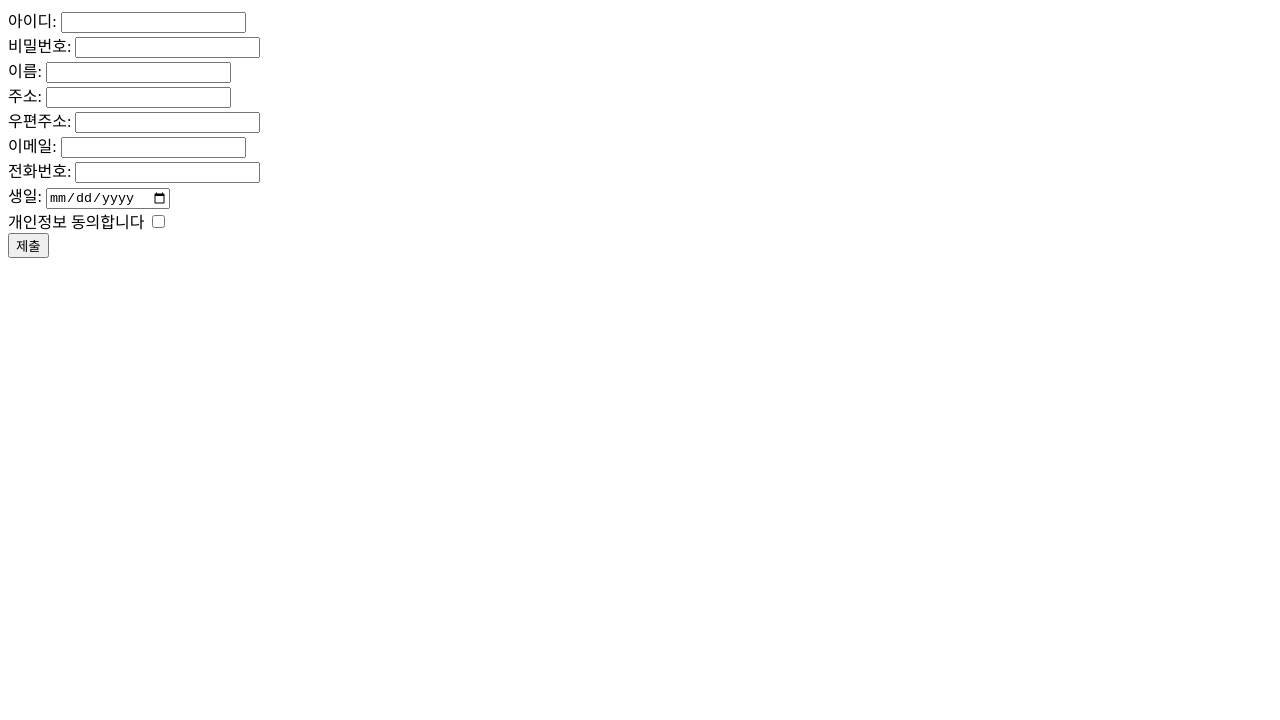
Repository: 2JISUN/hta-lecture-basic
Page: http://localhost/jsp01/join-form.jsp
These files come from the project's save history. The page is drawn as it stood at one moment and after the next save; the edit follows.
The browser window is 1280 px wide. The pictures show the whole page.
The page is served by Tomcat 10.

Above is the page before, as saved 2023-09-13 07:26:18.

After the next save:
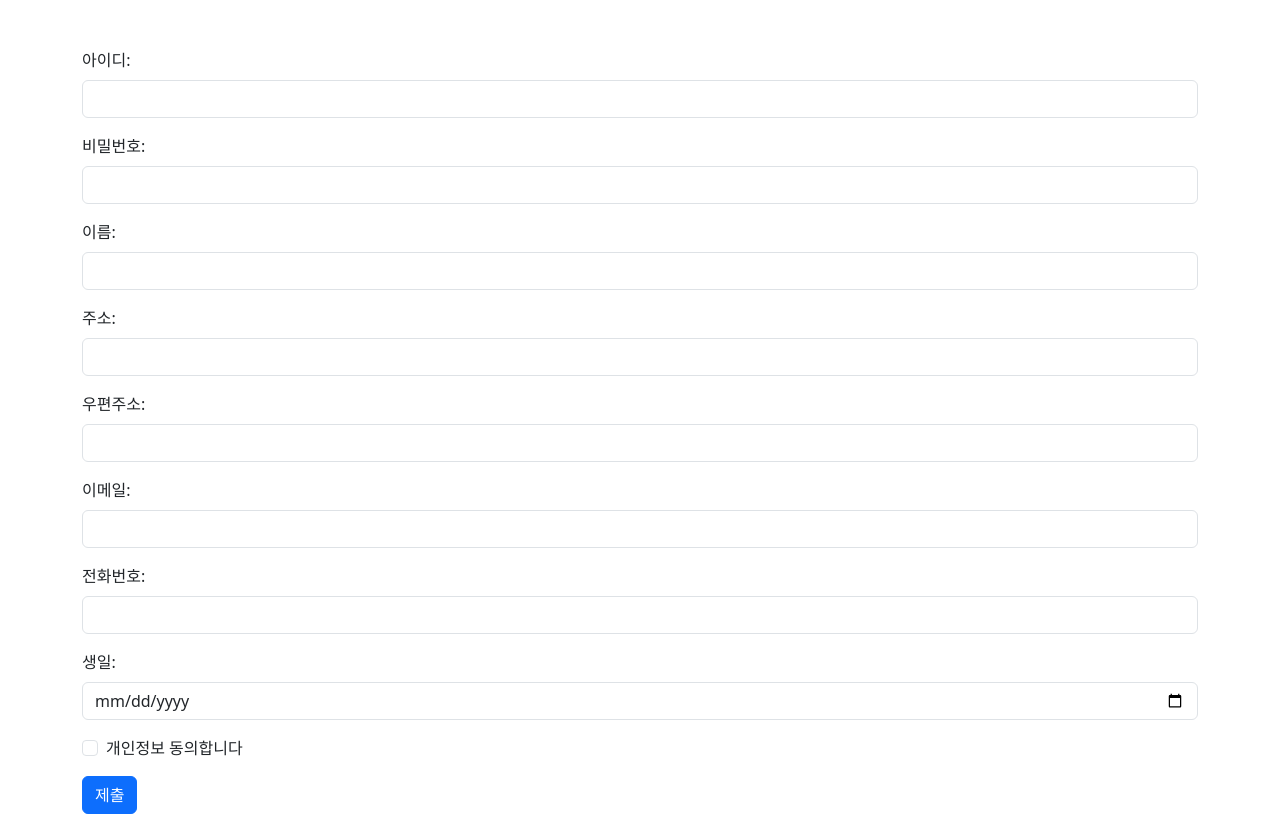
Saved 7 s later.
--- a/jsp-lecture/jsp01/src/main/webapp/join-form.jsp
+++ b/jsp-lecture/jsp01/src/main/webapp/join-form.jsp
@@ -1,32 +1,56 @@
-<%@ page language="java" contentType="text/html; charset=UTF-8"
-    pageEncoding="UTF-8"%>
+<%@ page language="java" contentType="text/html; charset=UTF-8" pageEncoding="UTF-8"%>
 <!DOCTYPE html>
 <html>
 <head>
-<meta charset="UTF-8">
-<title>회원가입</title>
+    <meta charset="UTF-8">
+    <title>회원가입</title>
+    <!-- Bootstrap CSS 링크 추가 -->
+    <link href="https://cdn.jsdelivr.net/npm/bootstrap/dist/css/bootstrap.min.css" rel="stylesheet">
 </head>
 <body>
-	<form action="join-process.jsp" method="post">
-		<label for="userID">아이디:</label>
-		<input type="text" id="userID" name="userID" required><br>
-		<label for="userPW">비밀번호:</label>
-		<input type="password" id="userPW" name="userPW" required><br>
-		<label for="userName">이름:</label>
-		<input type="text" id="userName" name="userName" required><br>
-		<label for="userAddress">주소:</label>
-		<input type="text" id="userAddress" name="userAddress"><br>
-		<label for="userZipcode">우편주소:</label>
-		<input type="text" id="userZipcode" name="userZipcode"><br>
-		<label for="userEmail">이메일:</label>
-		<input type="email" id="userEmail" name="userEmail"><br>
-		<label for="userTel">전화번호:</label>
-		<input type="tel" id="userTel" name="userTel"><br>
-		<label for="userbirth">생일:</label>
-		<input type="date" id="userbirth" name="userbirth"><br>
-		<label for="agree">개인정보 동의합니다</label>
-		<input type="checkbox" id="agree" name="agree"><br>
-		<button>제출</button>
-	</form>
+    <div class="container mt-5">
+        <form action="join-process.jsp" method="post">
+            <div class="mb-3">
+                <label for="userID" class="form-label">아이디:</label>
+                <input type="text" id="userID" name="userID" class="form-control" required>
+            </div>
+            <div class="mb-3">
+                <label for="userPW" class="form-label">비밀번호:</label>
+                <input type="password" id="userPW" name="userPW" class="form-control" required>
+            </div>
+            <div class="mb-3">
+                <label for="userName" class="form-label">이름:</label>
+                <input type="text" id="userName" name="userName" class="form-control" required>
+            </div>
+            <div class="mb-3">
+                <label for="userAddress" class="form-label">주소:</label>
+                <input type="text" id="userAddress" name="userAddress" class="form-control">
+            </div>
+            <div class="mb-3">
+                <label for="userZipcode" class="form-label">우편주소:</label>
+                <input type="text" id="userZipcode" name="userZipcode" class="form-control">
+            </div>
+            <div class="mb-3">
+                <label for="userEmail" class="form-label">이메일:</label>
+                <input type="email" id="userEmail" name="userEmail" class="form-control">
+            </div>
+            <div class="mb-3">
+                <label for="userTel" class="form-label">전화번호:</label>
+                <input type="tel" id="userTel" name="userTel" class="form-control">
+            </div>
+            <div class="mb-3">
+                <label for="userbirth" class="form-label">생일:</label>
+                <input type="date" id="userbirth" name="userbirth" class="form-control">
+            </div>
+            <div class="mb-3 form-check">
+                <input type="checkbox" class="form-check-input" id="agree" name="agree">
+                <label class="form-check-label" for="agree">개인정보 동의합니다</label>
+            </div>
+            <button type="submit" class="btn btn-primary">제출</button>
+        </form>
+    </div>
+    <!-- Bootstrap JS 및 jQuery 스크립트 추가 -->
+    <script src="https://cdn.jsdelivr.net/npm/bootstrap/dist/js/bootstrap.min.js"></script>
+    <script src="https://code.jquery.com/jquery-3.6.0.min.js"></script>
 </body>
 </html>
